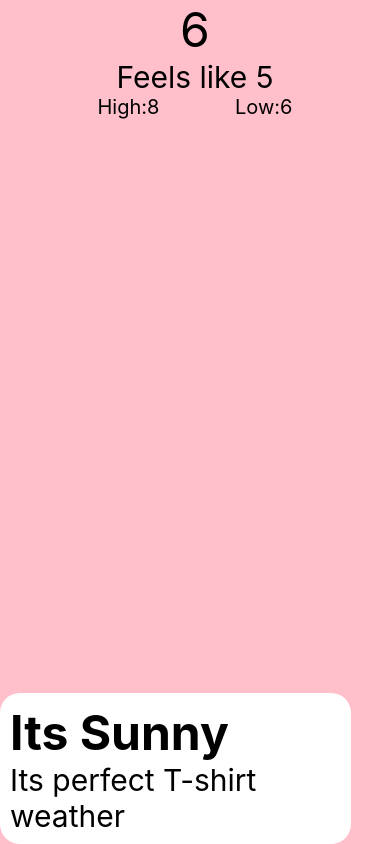
Repository: RossDee/WeatherApp
Screen: /
These files come from the project's save history. The screen is drawn as it stood at one moment and after the next save; the edit follows.
The app was drawn by React Native's web renderer in a window 390 px wide. The project was rebuilt for these pictures with package versions that can differ from the ones it lists, and the page was loaded fresh each time.

Above is the screen before, as saved 2023-10-14 21:17:31.

### App.js
import React from 'react';
import { SafeAreaView, StyleSheet, Text, View } from 'react-native';

const App = () => {
  return (
    <SafeAreaView style = {style.wrapper}>
    <View style = {style.container}>
      <Text style={style.temp} >6</Text>
      <Text style = {style.feels}>Feels like 5</Text>
      <View style = {style.highLowWrapper}>
        <Text style = {style.highLow}>High:8</Text>
        <Text style = {style.highLow}>Low:6</Text>
      </View>
    </View>
    <View style = {style.bodyWrapper}>
        <Text style = {style.description}>Its Sunny</Text>
      <Text style = {style.message}>Its perfect T-shirt weather</Text>
    </View>
    </SafeAreaView>
  )
}
const style  =StyleSheet.create({
  wrapper:{
    flex:1,
    backgroundColor:'pink',
  },
  container:{
    backgroundColor:'pink',
    flex:1,
    alignItems:'center',
  },
  temp:{
    color:'black',
    fontSize:48,
 },
 feels:{
   color:'black',
   fontSize:30,
 },
  highLow:{
    color:'black',
    fontSize:20,
  },
  highLowWrapper:{
    flexDirection:'row',
    justifyContent:'space-between',
    width:'50%',
  },
  bodyWrapper:{
    backgroundColor:'white',
    width:'90%',
    padding:10,
    borderRadius:20,
    marginTop:20,
  },
  description:{
    fontSize:48,
    fontWeight:'bold',
  },
  message:{
    fontSize:30,
  }
})

export default App

After the next save:
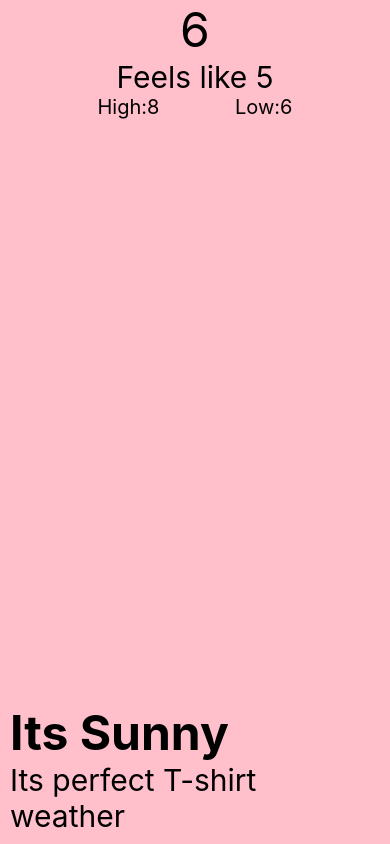
Saved 20 s later.
--- a/App.js
+++ b/App.js
@@ -47,7 +47,6 @@ const style  =StyleSheet.create({
     width:'50%',
   },
   bodyWrapper:{
-    backgroundColor:'white',
     width:'90%',
     padding:10,
     borderRadius:20,
